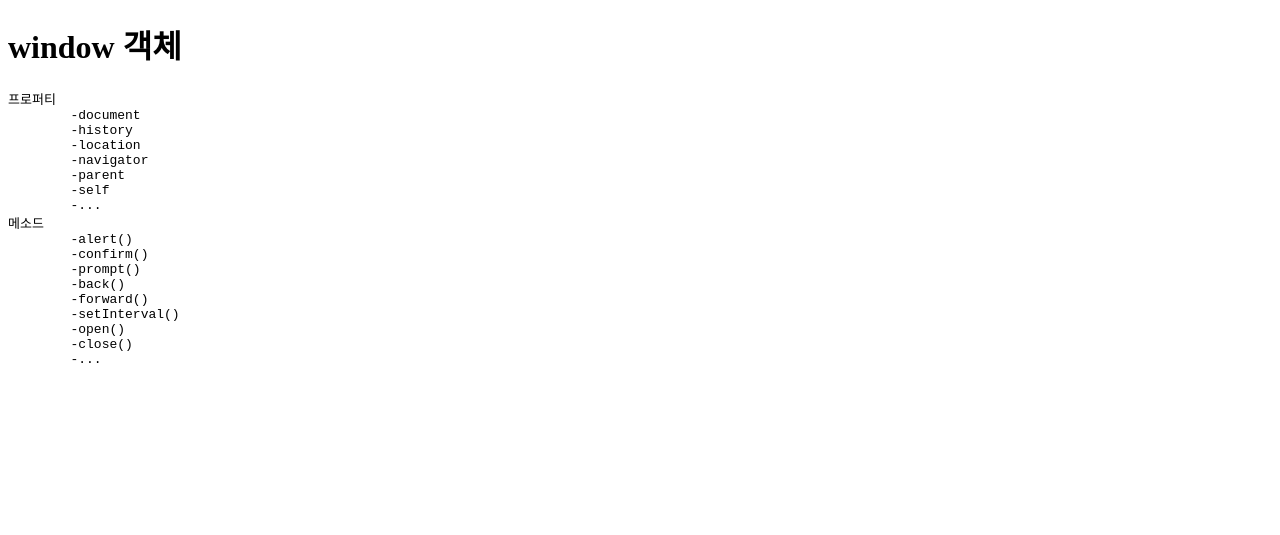
Repository: sunghyun-biblee/LearnSpace
Page: 4_UI/JS_Test/WebContent/js16_window01.html
The author's editor kept a copy of each file at every save. The page is drawn from the files as they stood at one save, then again after the next save.
The browser window is 1280 px wide. The pictures show the whole page.

Above is the page before, as saved 2023-10-26 02:04:41.

After the next save:
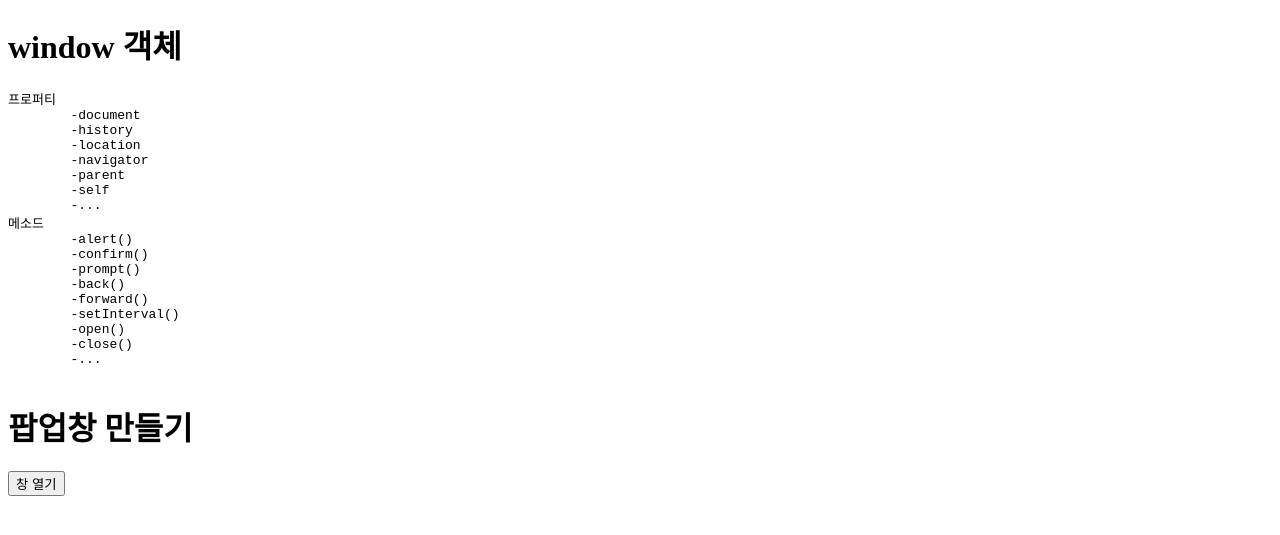
Saved 2 min 0 s later.
--- a/4_UI/JS_Test/WebContent/js16_window01.html
+++ b/4_UI/JS_Test/WebContent/js16_window01.html
@@ -25,7 +25,10 @@
 	-open()
 	-close()
 	-...
-
 	</pre>
+<div>
+	<h1>팝업창 만들기</h1>
+	<button onclick="openWin();" name="btn">창 열기</button>
+</div>
 </body>
 </html>
